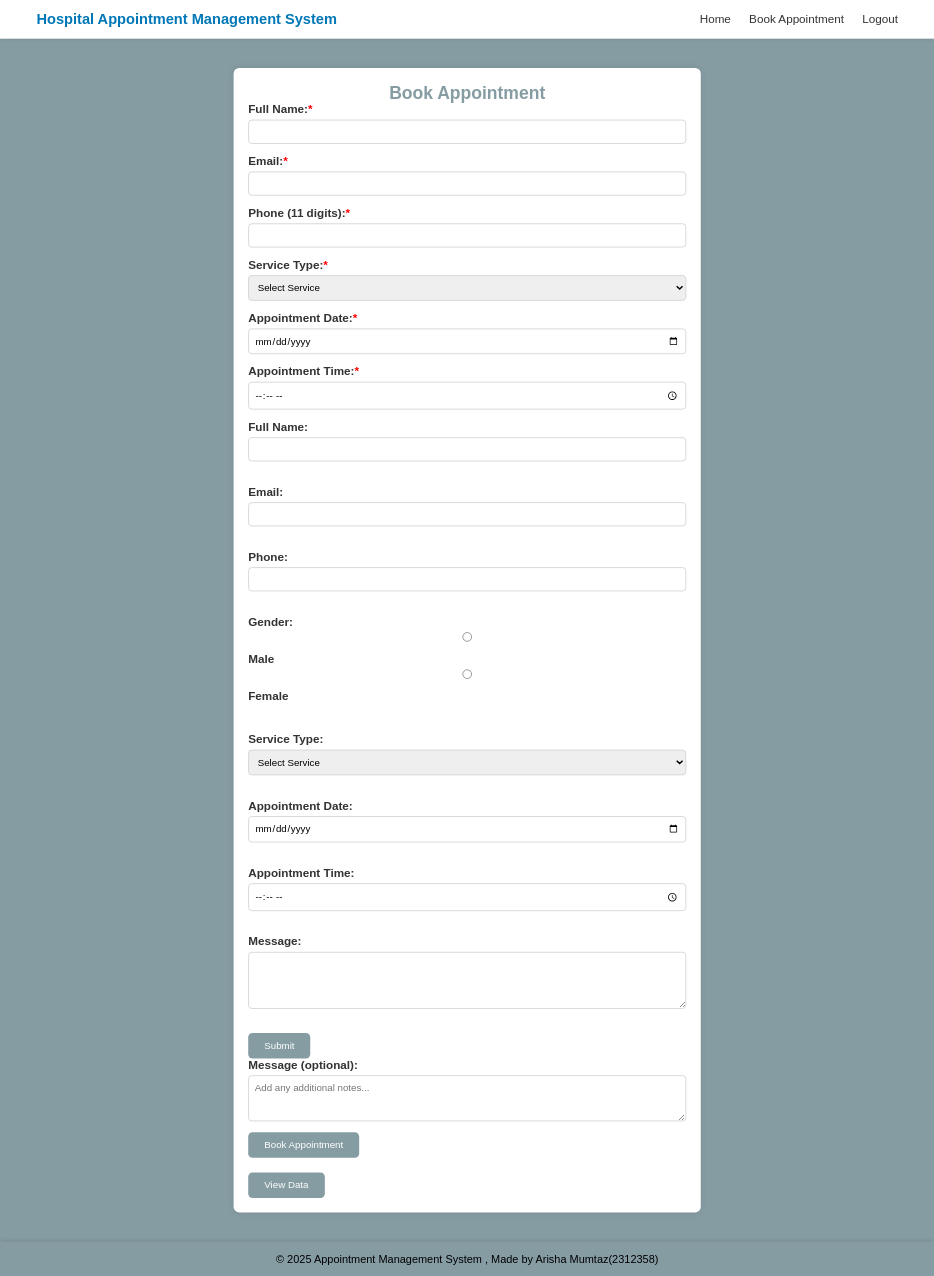
Repository: Arisha004/Hospital-appointment-management-system-
Page: http://localhost/
The author's editor kept a copy of each file at every save. The page is drawn from the files as they stood at one save, then again after the next save.
The browser window is 1280 px wide. The pictures show the whole page, at 73% of full size.
The page is run by PHP 8.4 with error messages shown; the project is at /var/www/html/.

Above is the page before, as saved 2025-11-16 14:40:01.

After the next save:
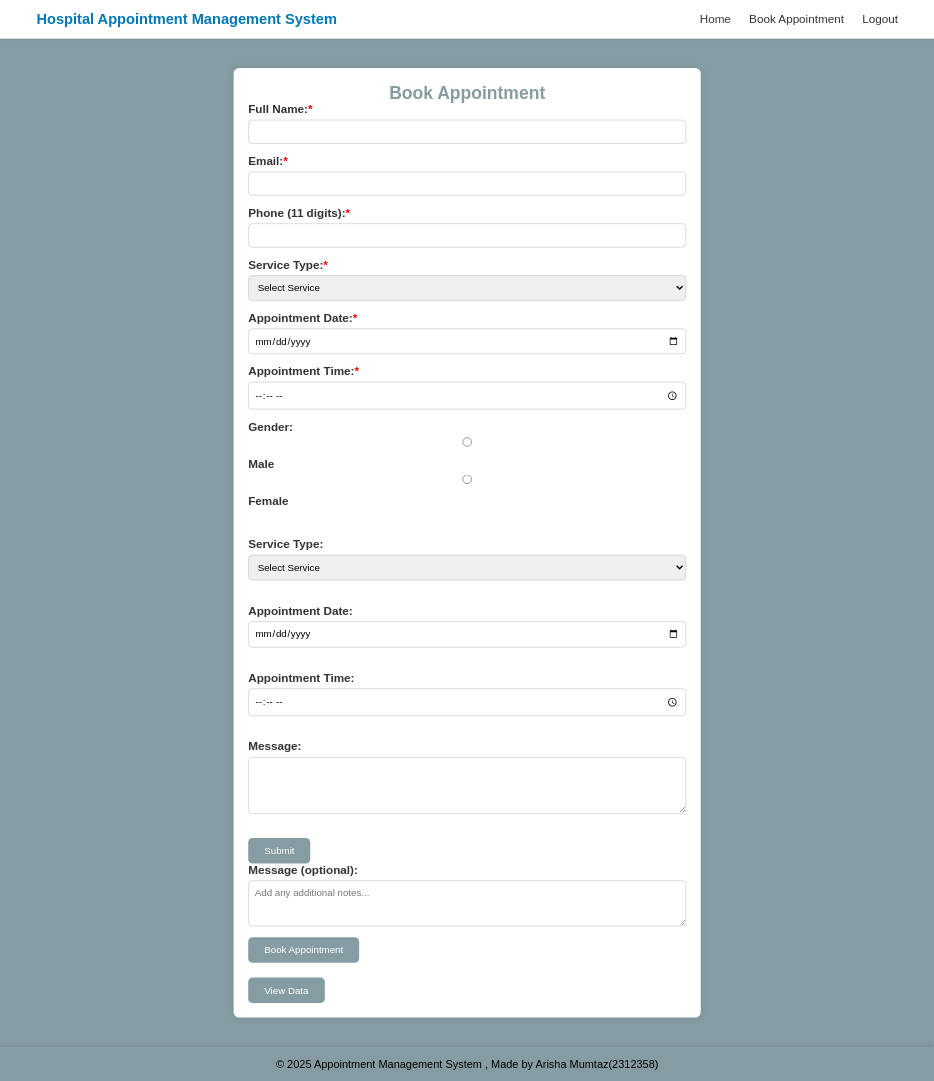
Saved 15 s later.
--- a/index.php
+++ b/index.php
@@ -50,16 +50,7 @@
     <input type="time" name="appointment_time" required>
 
 
-    <form action="" method="POST">
-      <label for="full_name">Full Name:</label>
-      <input type="text" id="full_name" name="full_name" required>
-      <br><br>
-      <label for="email">Email:</label>
-      <input type="email" id="email" name="email" required>
-      <br><br>
-      <label for="phone">Phone:</label>
-      <input type="text" id="phone" name="phone" required>
-      <br><br>
+
       <label>Gender:</label>
       <input type="radio" id="male" name="gender" value="Male"> <label for="male">Male</label>
       <input type="radio" id="female" name="gender" value="Female"> <label for="female">Female</label>
